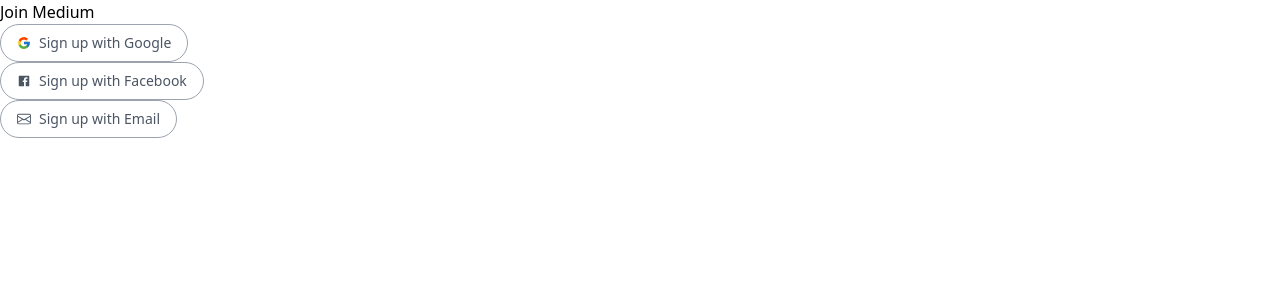
Repository: hisreal123/yt-build
Page: /m/CreateAccount
The author's editor kept a copy of each file at every save. The page is drawn from the files as they stood at one save, then again after the next save.
The browser window is 1280 px wide. The pictures show the whole page.
The project was rebuilt for these pictures with package versions that can differ from the ones it lists, and the page was loaded fresh each time. The framework's server and built-in components were replaced by stand-ins that run in the browser. Also part of the build but not shown: next.config.js.

Above is the page before, as saved 2022-11-12 14:03:00.

After the next save:
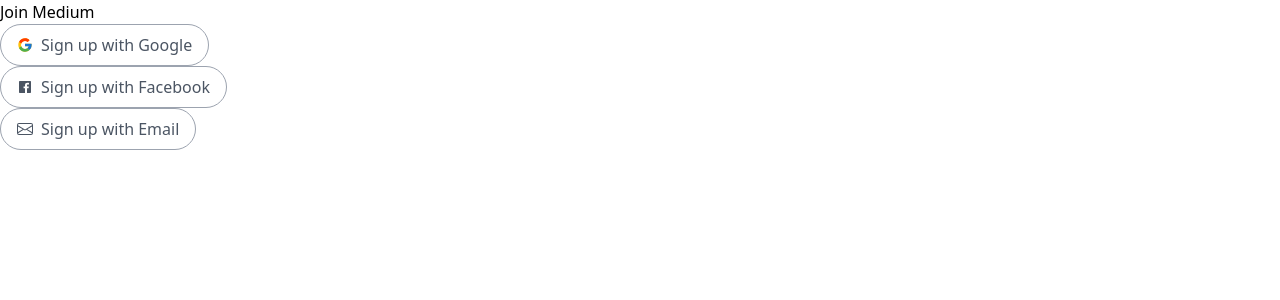
Saved 29 s later.
--- a/pages/m/CreateAccount.tsx
+++ b/pages/m/CreateAccount.tsx
@@ -11,19 +11,19 @@
 
       <div className="social">
         <Link href=" https://medium.com/m/connect/google?state=google-%7Chttps%3A%2F%2Fmedium.com%2Fnew-story%3Fsource%3Dregister-------------------------------------%7Cregister&source=register-------------------------------------">
-          <a className=" space-x-2 flex  items-center py-2 px-4 border border-gray-400  w-fit rounded-full text-sm text-gray-600 hover:text-gray-800 hover:border-gray-600">
+          <a className=" space-x-2 flex  items-center py-2 px-4 border border-gray-400  w-fit rounded-full text-gray-600 hover:text-gray-800 hover:border-gray-600">
             <FcGoogle />
             <p> Sign up with Google</p>
           </a>
         </Link>
         <Link href=" https://medium.com/m/connect/google?state=google-%7Chttps%3A%2F%2Fmedium.com%2Fnew-story%3Fsource%3Dregister-------------------------------------%7Cregister&source=register-------------------------------------">
-          <a className=" space-x-2 flex  items-center py-2 px-4 border border-gray-400  w-fit rounded-full text-sm text-gray-600 hover:text-gray-800 hover:border-gray-600">
+          <a className=" space-x-2 flex  items-center py-2 px-4 border border-gray-400  w-fit rounded-full text-gray-600 hover:text-gray-800 hover:border-gray-600">
             <IoLogoFacebook />
             <p> Sign up with Facebook</p>
           </a>
         </Link>
         <Link href=" https://medium.com/m/connect/google?state=google-%7Chttps%3A%2F%2Fmedium.com%2Fnew-story%3Fsource%3Dregister-------------------------------------%7Cregister&source=register-------------------------------------">
-          <a className=" space-x-2 flex  items-center py-2 px-4 border border-gray-400  w-fit rounded-full text-sm text-gray-600 hover:text-gray-800 hover:border-gray-600">
+          <a className=" space-x-2 flex  items-center py-2 px-4 border border-gray-400  w-fit rounded-full text-gray-600 hover:text-gray-800 hover:border-gray-600">
             <BsEnvelope />
             <p> Sign up with Email</p>
           </a>
